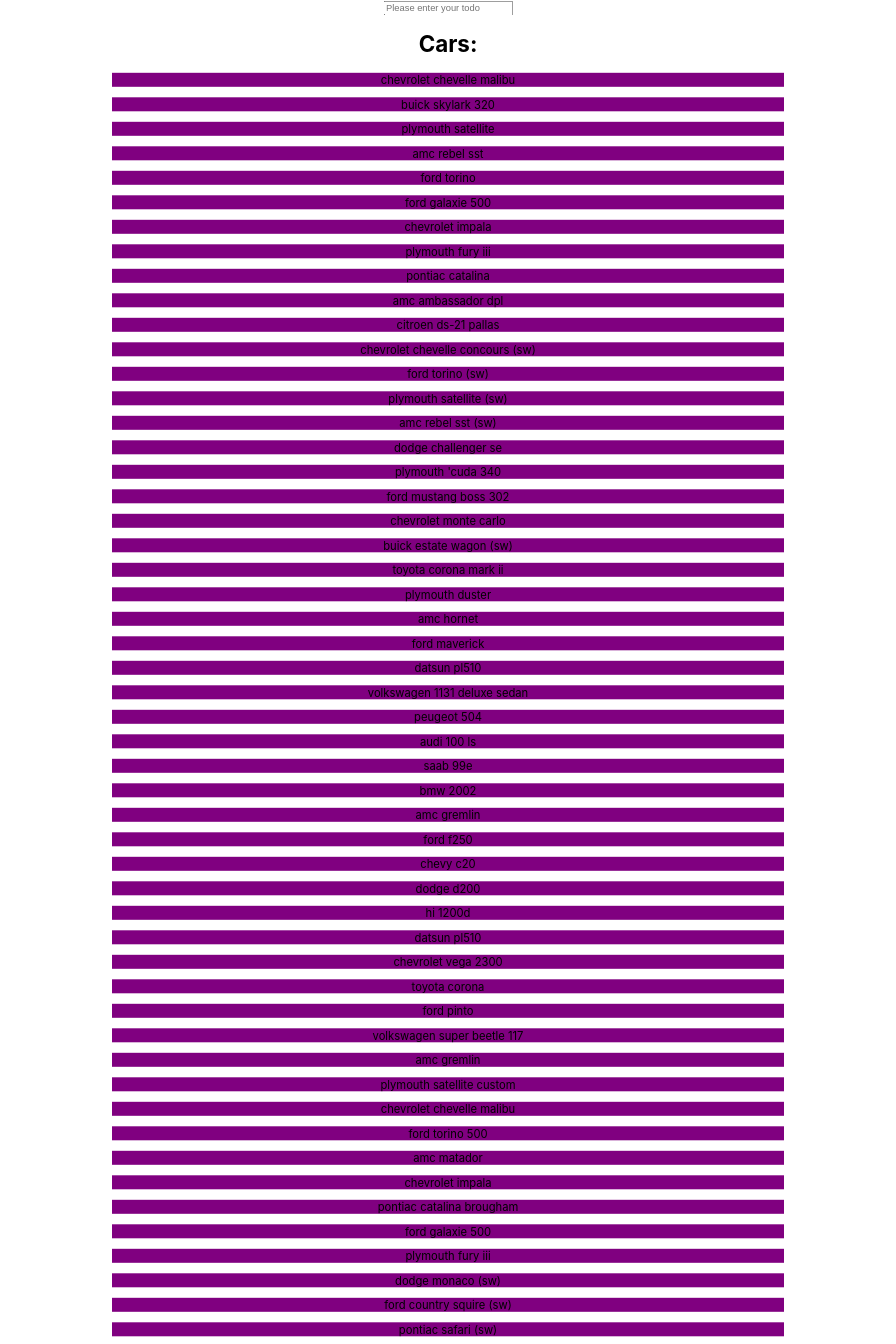
Repository: vhoreho/react
Page: / (app in myapp/)
The author's editor kept a copy of each file at every save. The page is drawn from the files as they stood at one save, then again after the next save.
The browser window is 1280 px wide. The pictures show the part of the page from y = 0 to 1920 px (the page is 14314 px tall), at 70% of full size.
The project was rebuilt for these pictures with package versions that can differ from the ones it lists, and the page was loaded fresh each time.

Above is the page before, as saved 2022-08-08 20:48:40.

After the next save:
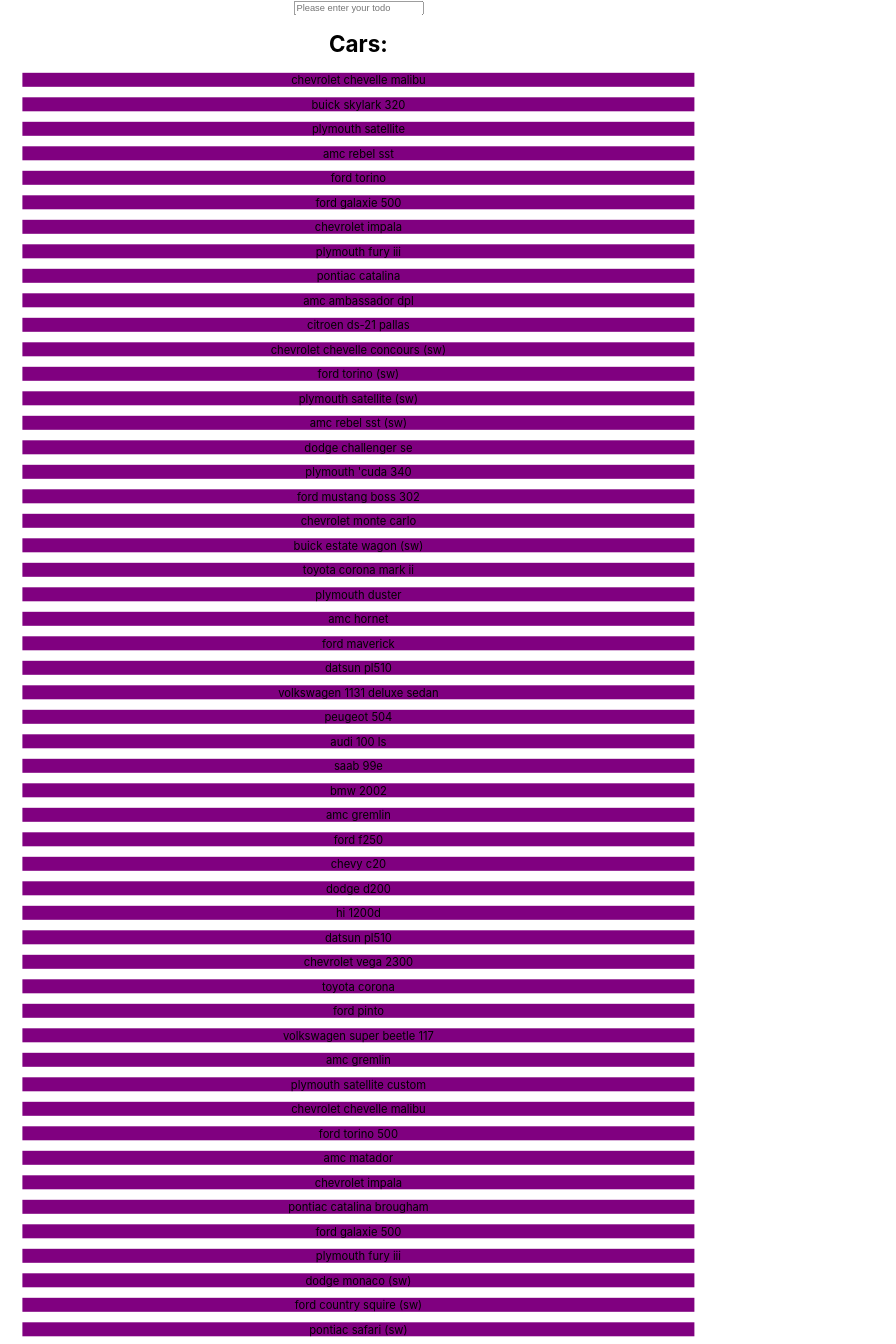
Saved 8 s later.
--- a/myapp/src/App.css
+++ b/myapp/src/App.css
@@ -1,7 +1,8 @@
 .App {
   text-align: center;
   max-width: 960px;
-  margin-inline: auto;
+
+  margin-inline: 2rem;
 }
 
 .App-logo {
